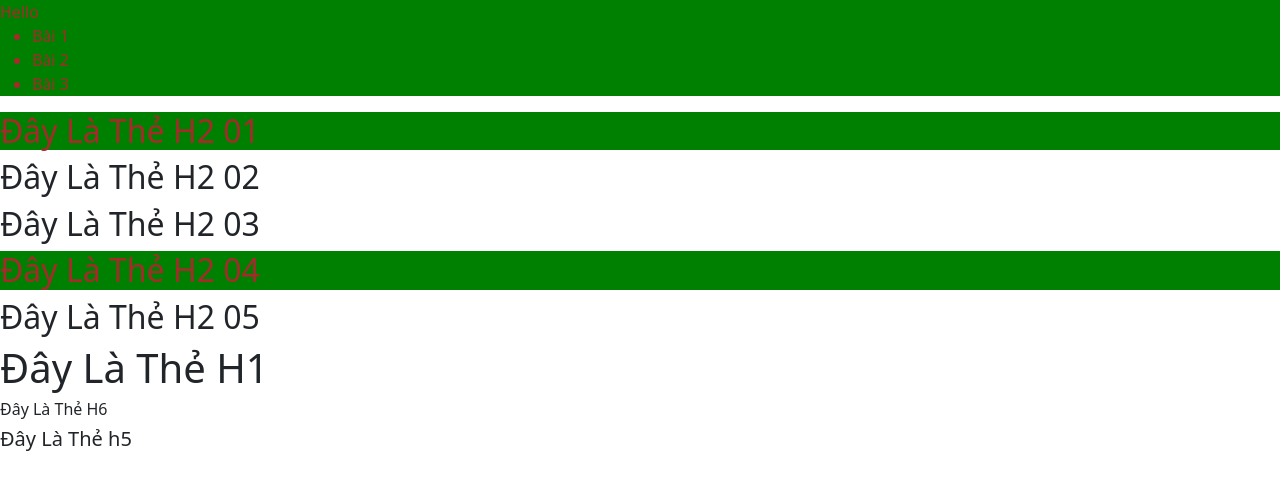
Repository: HuynhDuc23/learn__javascript__basic
Page: lab19/dom.html
The author's editor kept a copy of each file at every save. The page is drawn from the files as they stood at one save, then again after the next save.
The browser window is 1280 px wide. The pictures show the whole page.

Above is the page before, as saved 2024-01-10 10:22:22.

After the next save:
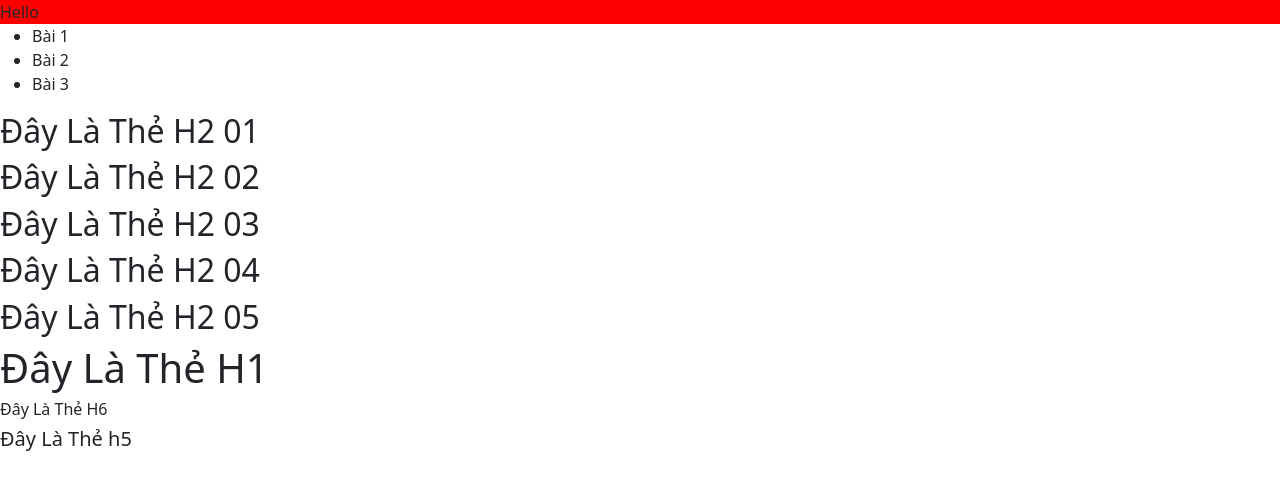
Console error: SyntaxError: Unexpected token ')'
Saved 22 min 36 s later.
--- a/lab19/dom.html
+++ b/lab19/dom.html
@@ -34,6 +34,10 @@
       <h1 class="test">Đây Là Thẻ H1</h1>
       <h6 class="test">Đây Là Thẻ H6</h6>
       <h5 class="test">Đây Là Thẻ h5</h5>
+
+
+
+
     <script>
        var box = document.getElementById("box");
        console.log(box)
@@ -57,7 +61,7 @@
              item.classList.add("test-css")
        },);
        for(var i = 0 ; i <  listTest.length ;i++){
-        console.log(listTest[i].classList.remove("test-css"));
+       move("test console.log(listTest[i].classList.re-css"));
         console.log(listTest[i]);
        }
 

After the 2 saves that followed:
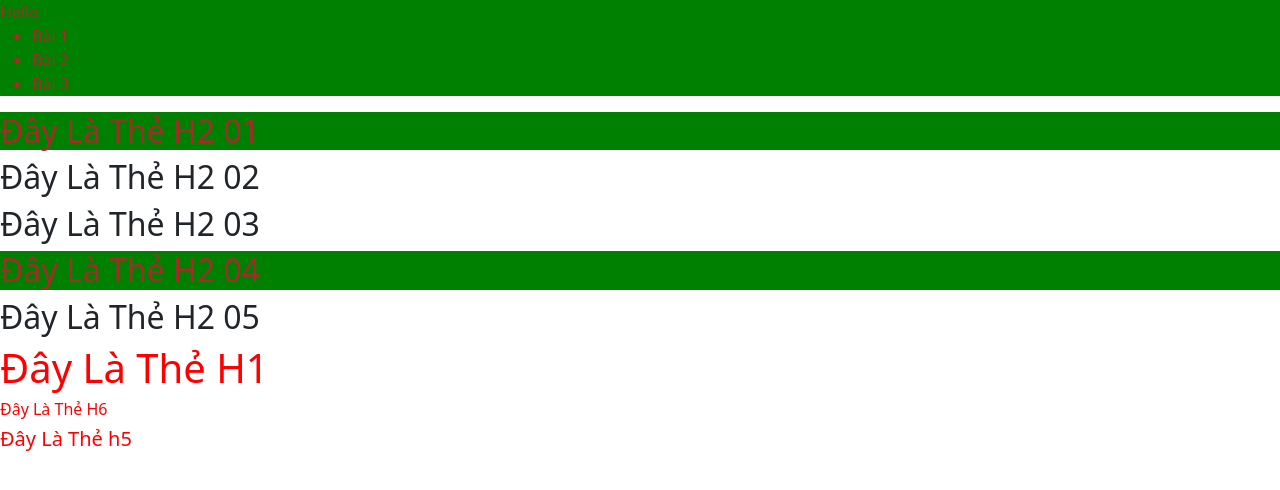
The error is gone.
The 2 saves are shown as one change because 1 left the picture as it was.
The last was saved 51 s later.
--- a/lab19/dom.html
+++ b/lab19/dom.html
@@ -61,11 +61,8 @@
              item.classList.add("test-css")
        },);
        for(var i = 0 ; i <  listTest.length ;i++){
-       move("test console.log(listTest[i].classList.re-css"));
         console.log(listTest[i]);
-       }
-
-
+       };
     </script>
        <script src="https://cdn.jsdelivr.net/npm/bootstrap@5.3.2/dist/js/bootstrap.bundle.min.js" integrity="sha384-C6RzsynM9kWDrMNeT87bh95OGNyZPhcTNXj1NW7RuBCsyN/o0jlpcV8Qyq46cDfL" crossorigin="anonymous"></script>
 </body>
